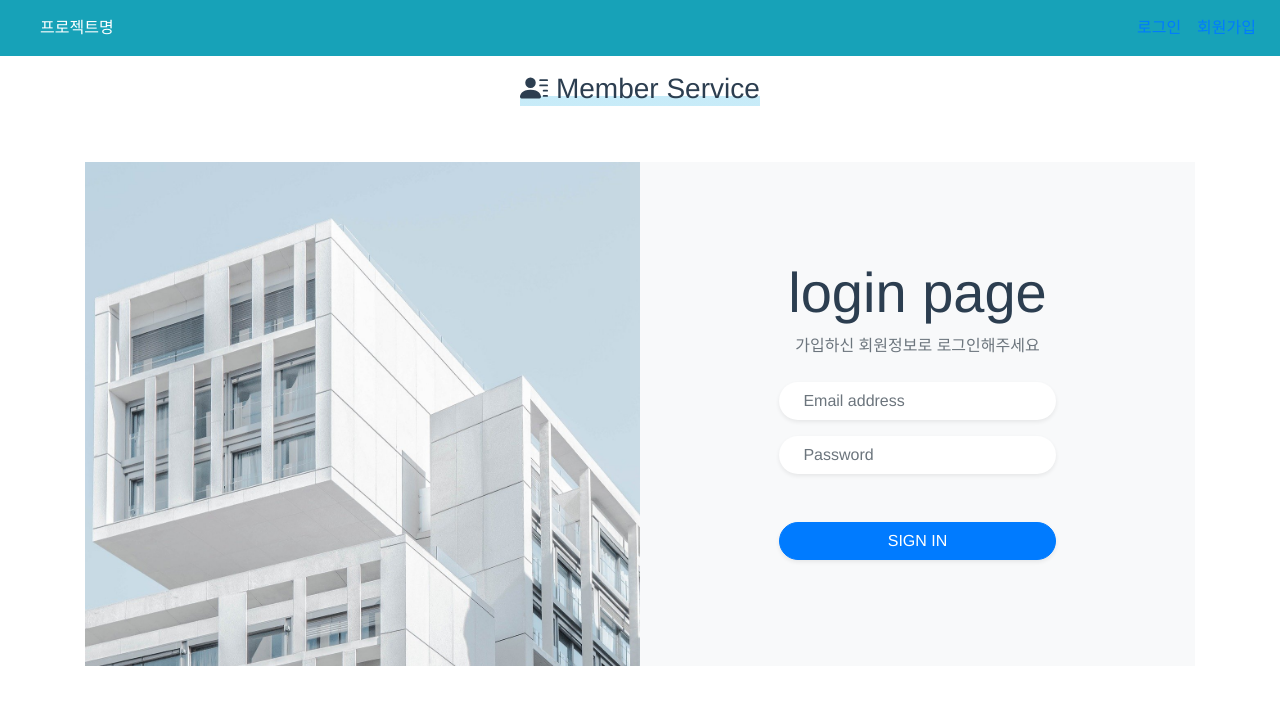
Repository: cheery72/Project_Real_estate
Page: /user/singin (app in frontend/)
An editor plug-in stored every save of this project. The page is shown before and after the next save, followed by the edit.
The browser window is 1280 px wide. The pictures show the whole page.
The project was rebuilt for these pictures with package versions that can differ from the ones it lists, and the page was loaded fresh each time. Also part of the build but not shown: frontend/vue.config.js, frontend/src/components/user/child/MemberJoinForm.vue, frontend/src/components/user/MemberJoin.vue, frontend/src/components/user/child/MemberInfoForm.vue, frontend/src/components/user/MemberMyPage.vue, frontend/src/components/user/BookMarkListRow.vue, frontend/src/components/user/MemberMyBookmark.vue. Imported but missing from the stored project, and not drawn on this page: frontend/src/views/Home.vue.

Above is the page before, as saved 2021-11-25 11:16:55.

### frontend/src/main.js
import Vue from "vue";
import App from "./App.vue";
import router from "./router";
import store from "./store";
import { BootstrapVue, IconsPlugin } from "bootstrap-vue";
import memberStore from "@/store/modules/memberStore";
import "bootstrap/dist/css/bootstrap.css";
import "bootstrap-vue/dist/bootstrap-vue.css";

// Make BootstrapVue available throughout your project
Vue.use(BootstrapVue);
// Optionally install the BootstrapVue icon components plugin
Vue.use(IconsPlugin);

Vue.config.productionTip = false;

new Vue({
  router,
  store,
  async beforeCreate() {
    let token = sessionStorage.getItem("access-token");
    if (memberStore.state.userInfo == null && token) {
      await memberStore.dispatch("getUserInfo", token);
    }
  },

  render: (h) => h(App),
}).$mount("#app");

### frontend/src/App.vue
<template>
  <div id="app">
    <nav-bar />
    <router-view />
  </div>
</template>

<script>
import NavBar from "@/components/layout/NavBar.vue"

export default {
  components:{
    NavBar,
  }
}

</script>

<style>
#app {
  font-family: Avenir, Helvetica, Arial, sans-serif;
  -webkit-font-smoothing: antialiased;
  -moz-osx-font-smoothing: grayscale;
  text-align: center;
  color: #2c3e50;
}

#nav {
  padding: 30px;
}

#nav a {
  font-weight: bold;
  color: #2c3e50;
}

#nav a.router-link-exact-active {
  color: #42b983;
}
</style>

### frontend/src/router/index.js
import Vue from "vue";
import VueRouter from "vue-router";
import Home from "../views/Home.vue";

import Member from "@/views/Member.vue";
import MemberJoin from "@/components/user/MemberJoin.vue";
import MemberLogin from "@/components/user/MemberLogin.vue";

import MemberMyPage from "@/components/user/MemberMyPage.vue";
import MemberMyBookmark from "@/components/user/MemberMyBookmark.vue";
import store from "@/store/index.js";

// https://router.vuejs.org/kr/guide/advanced/navigation-guards.html
const onlyAuthUser = async (to, from, next) => {
  //어디로 갈건지, 이전, 다음페이지
  // console.log(store);
  const checkUserInfo = store.getters["memberStore/checkUserInfo"]; //checkUserInfo의 리턴값을 가져와라
  const getUserInfo = store._actions["memberStore/getUserInfo"]; //getUserInfo의 리턴값을 가져와라
  let token = sessionStorage.getItem("access-token");
  if (checkUserInfo == null && token) {
    await getUserInfo(token); //서버에 가서 정상적인 토큰인지 검사해라 .. 여기서 정상적인사람이면 서버가 UserInfo를 준다.
  }
  if (checkUserInfo === null) {
    //서버에 갔다왔는데도 null이면...
    alert("로그인이 필요한 페이지입니다..");
    // next({ name: "SignIn" });
    router.push({ name: "SignIn" });
  } else {
    //정상적인 사람이니까 다음페이지로 갈수 있도록 적용(밑에 beforeEnter붙은 것들)
    console.log("로그인 했다.");
    next();
  }
};


Vue.use(VueRouter);

const routes = [
  {
    path: "/",
    name: "Home",
    component: Home,
  },
  {
    path: "/user",
    name: "Member",
    component: Member,
    children: [
      {
        path: "singin",
        name: "SignIn",
        component: MemberLogin,
      },
      {
        path: "singup",
        name: "SignUp",
        component: MemberJoin,
      },
      {
        path: "mybookmark",
        name: "MyBookmark",
        component: MemberMyBookmark,
      },
      {
        path: "mypage",
        name: "MyPage",
        beforeEnter: onlyAuthUser,
        component: MemberMyPage,
      },
    ],
  },
];

const router = new VueRouter({
  mode: "history",
  base: process.env.BASE_URL,
  routes,
});

export default router;

### frontend/src/store/index.js
import Vue from "vue";
import Vuex from "vuex";
import http from "@/js/http-common.js";
import createPersistedState from "vuex-persistedstate";
import memberStore from "@/store/modules/memberStore.js";

Vue.use(Vuex);

export default new Vuex.Store({
  state: {
    sidos: [{ value: null, text: "선택하세요" }],
    guguns: [{ value: null, text: "선택하세요" }],
    dongs: [{ value: null, text: "선택하세요" }],
    apts: [],
    apt: null,
    positions: [],
    cctvs: [],
    dongName: null,
    subways: [],
    schools: [],
    // bookmark: null,
    // bookmarks: [],
  },
  mutations: {
    // 시도 리스트
    SET_SIDO_LIST(state, sidos) {
      sidos.forEach((sido) => {
        state.sidos.push({ value: sido.sidoCode, text: sido.sidoName });
      });
    },
    CLEAR_SIDO_LIST(state) {
      state.guguns = [{ value: null, text: "선택하세요" }];
    },
    // 구군 리스트
    SET_GUGUN_LIST(state, guguns) {
      guguns.forEach((gugun) => {
        state.guguns.push({ value: gugun.gugunCode, text: gugun.gugunName });
      });
    },
    CLEAR_GUGUN_LIST(state) {
      state.guguns = [{ value: null, text: "선택하세요" }];
    },
    // 동 리스트
    SET_DONG_LIST(state, dongs) {
      dongs.forEach((dong) => {
        state.dongs.push({
          value: [dong.dongCode, dong.dongName],
          text: dong.dongName,
        });
      });
    },
    CLEAR_DONG_LIST(state) {
      state.dongs = [{ value: null, text: "선택하세요" }];
    },
    // 해당 구,동 아파트 리스트
    SET_APT_LIST(state, apts) {
      state.apts = apts;
      state.dongName = apts[0].dongName;
    },
    CLEAR_APT_LIST(state) {
      state.positions = [];
    },
    // 아파트 선택시 세부사항
    SET_DETAIL_APT(state, apt) {
      state.apt = apt;
    },
    // cctv 정보
    SET_CCTV_LIST(state, cctv) {
      state.cctvs = cctv;
    },
    // 지하철 정보
    SET_SUBWAY_LIST(state, subway) {
      state.subways = subway;
    },
    // 학교 정보
    SET_SCHOOL_LIST(state, school) {
      state.schools = school;
    },
    // SET_DETAIL_BOOKMARK(state, apt) {
    //   state.bookmark = apt;

    // }
  },
  actions: {
    // 셀렉트바 시도 가져오기
    getSido({ commit }) {
      http
        .get(`/apt/sido`)
        .then((response) => {
          commit("SET_SIDO_LIST", response.data);
        })
        .catch((error) => {
          console.log(error);
        });
    },
    getGugun({ commit }, sidoCode) {
      const params = { sido: sidoCode };
      http
        .get(`/apt/gugun`, { params })
        .then((response) => {
          commit("SET_GUGUN_LIST", response.data);
        })
        .catch((error) => {
          console.log(error);
        });
    },
    getDong({ commit }, gugunCode) {
      const params = { gugun: gugunCode };
      http
        .get(`/apt/dongname`, { params })
        .then((response) => {
          commit("SET_DONG_LIST", response.data);
        })
        .catch((error) => {
          console.log(error);
        });
    },
    getAptList({ commit }, dongCode) {
      const params = { dong: dongCode };
      http
        .get(`/apt/aptinfo`, { params })
        .then((response) => {
          commit("SET_APT_LIST", response.data);
        })
        .catch((error) => {
          console.log(error);
        });
    },
    getCctvList({ commit }, dongName) {
      const params = { dong: dongName };
      http
        .get(`/cctv/cctvinfo`, { params })
        .then((response) => {
          commit("SET_CCTV_LIST", response.data);
        })
        .catch((error) => {
          console.log(error);
        });
    },
    getSubwayList({ commit }) {
      http
        .get(`/subway/subwayinfo`)
        .then((response) => {
          commit("SET_SUBWAY_LIST", response.data);
        })
        .catch((error) => {
          console.log(error);
        });
    },
    getSchoolList({ commit }, dongName) {
      const params = { dong: dongName };
      http
        .get(`/school/schoolinfo`, { params })
        .then((response) => {
          commit("SET_SCHOOL_LIST", response.data);
        })
        .catch((error) => {
          console.log(error);
        });
    },
    // detailBookmark({ commit }, apt) {
    //   commit("SET_DETAIL_BOOKMARK", apt)

    // }
  },
  modules: { memberStore },
  plugins: [
    createPersistedState({
      // 브라우저 종료시 제거하기 위해 localStorage가 아닌 sessionStorage로 변경. (default: localStorage)
      storage: sessionStorage,
    }),
  ],
});

### frontend/src/store/modules/memberStore.js
import jwt_decode from "jwt-decode";
import { login } from "@/api/member.js";
import { findById } from "@/api/member";
import http from "@/js/http-common.js";


const memberStore = {
  namespaced: true,
  state: {
    isLogin: false,
    isLoginError: false,
    userInfo: null,
    bookmark: [],
    bookmarks: [],
  },
  getters: {
    checkUserInfo: function (state) {
      return state.userInfo;
    },
  },
  mutations: {
    SET_IS_LOGIN: (state, isLogin) => {
      state.isLogin = isLogin;
    },
    SET_IS_LOGIN_ERROR: (state, isLoginError) => {
      state.isLoginError = isLoginError;
    },
    SET_USER_INFO: (state, userInfo) => {
      state.isLogin = true;
      state.userInfo = userInfo;
    },
    SET_BOOKMARK_LIST(state, apt){
      // 배열에 추가
      state.bookmark.push(apt);
    },
    SET_BOOKMARK_INFO(state, mark){
      // state.bookmarks = mark;
      state.bookmarks.push(mark);
    },
    SET_BOOKMARK_LIST_INFO(state, bookmarklist) {
      state.bookmarks = bookmarklist;
    }
  },
  actions: {
    async userConfirm({ commit }, user) {
      await login(
        user,
        (response) => {
          if (response.data.message === "success") {
            let token = response.data["access-token"];
            commit("SET_IS_LOGIN", true);
            commit("SET_IS_LOGIN_ERROR", false);
            sessionStorage.setItem("access-token", token);

          } else {
            commit("SET_IS_LOGIN", false);
            commit("SET_IS_LOGIN_ERROR", true);
          }
        },
        () => {}
      );
    },
    getUserInfo({ commit }, token) {
      let decode_token = jwt_decode(token);
      findById(
        decode_token.userid,
        (response) => {
          if (response.data.message === "success") {
            commit("SET_USER_INFO", response.data.userInfo);
          } else {
            console.log("유저 정보 없음!!");
          }
        },
        (error) => {
          console.log(error);
        }
      );
    },
    getBookmark({ commit }, mark) {//등록

      let decode_token = jwt_decode(sessionStorage.getItem("access-token"));

      const params = { bookmark: mark.aptCode, accesstoken: decode_token.userid };
      console.log("파라미터출력",params);

      http
      .post(`/bookmark/register`, params)
      .then((response) => {
        console.log("response출력");
        console.log(response.data);
        commit("SET_BOOKMARK_INFO", response.data);
      }).catch((error) => {
        console.log("에러출력");
        console.log(error);
      })
    },

    getBookmarkList({ commit }) {

      let decode_token = jwt_decode(sessionStorage.getItem("access-token"));
      const userid= decode_token.userid;

      http.get(`/bookmark/list/${userid}`).then(({ data }) => {

        console.log("북마크조회 결과", data);
        commit("SET_BOOKMARK_LIST_INFO", data.result);
         });

    }
  },
};

export default memberStore;

### frontend/src/components/layout/NavBar.vue
<template>
  <div>
  <b-navbar toggleable="lg" type="dark" variant="info">
    <b-navbar-brand href="#"></b-navbar-brand>

    <b-navbar-toggle target="nav-collapse"></b-navbar-toggle>

    <b-collapse id="nav-collapse" is-nav>
      <b-navbar-nav>
        <b-nav-item href="#"
            ><router-link :to="{ name: 'Home' }" class="link" style="color: white"
            >프로젝트명</router-link
            ></b-nav-item
          >
      </b-navbar-nav>

      <!-- Right aligned nav items -->
      <b-navbar-nav class="ml-auto" v-if="userInfo">
          <b-nav-item class="align-self-center"
            ><b-avatar
              variant="primary"
              v-text="userInfo ? userInfo.userid.charAt(0).toUpperCase() : ''"
            ></b-avatar
            >{{ userInfo.username }}({{ userInfo.userid }})님
            환영합니다.</b-nav-item
          >
          <b-nav-item class="align-self-center"
            ><router-link
              :to="{ name: 'MyPage' }"
              class="link align-self-center" style="color: white"
              >내정보보기</router-link
            ></b-nav-item
          >
           <b-nav-item href="#" class="link align-self-center"
            ><router-link :to="{ name: 'MyBookmark' }" class="link" style="color: white"
              >내관심지역</router-link
            ></b-nav-item
          >
          <b-nav-item
            class="link align-self-center"
            @click.prevent="onClickLogout"
            >로그아웃</b-nav-item
          >
        </b-navbar-nav>

        <!-- Right aligned nav items -->
        <b-navbar-nav class="ml-auto" v-else>
          <b-nav-item href="#"
            ><router-link :to="{ name: 'SignIn' }" class="link"
              >로그인</router-link
            ></b-nav-item
          >

          <b-nav-item href="#"
            ><router-link :to="{ name: 'SignUp' }" class="link"
              >회원가입</router-link
            ></b-nav-item
          >
        </b-navbar-nav>
    </b-collapse>
  </b-navbar>
</div>
</template>

<script>
import { mapState, mapMutations } from "vuex";

const memberStore = "memberStore";

export default {
  name: "NavBar",
  computed: {
    ...mapState(memberStore, ["isLogin", "userInfo"]),
  },
  methods: {
    ...mapMutations(memberStore, ["SET_IS_LOGIN", "SET_USER_INFO"]),
    onClickLogout() {
      this.SET_IS_LOGIN(false);
      this.SET_USER_INFO(null);
      sessionStorage.removeItem("access-token");
      if (this.$route.path != "/") this.$router.push({ name: "Home" });
    },
  },
};
</script>

<style>
a {
  color:azure;
}
</style>

### frontend/src/views/Member.vue
<template>
  <b-container class="bv-example-row mt-3 text-center">
    <h3 class="underline-steelblue">
      <b-icon icon="person-lines-fill"></b-icon> Member Service
    </h3>
    <router-view></router-view>
  </b-container>
</template>

<script>
export default {
  name: "Member",
};
</script>

<style scoped>
.underline-steelblue {
  display: inline-block;
  background: linear-gradient(
    180deg,
    rgba(255, 255, 255, 0) 70%,
    rgba(72, 190, 233, 0.3) 30%
  );
}
</style>

### frontend/src/components/user/MemberLogin.vue
<template>

 <div class="container-fluid">
   <br>
   <br>
    <div class="row no-gutter">
        <!-- The image half -->
        <div class="col-md-6 d-none d-md-flex bg-image"></div>


        <!-- The content half -->
        <div class="col-md-6 bg-light">
            <div class="login d-flex align-items-center py-5">

                <!-- Demo content-->
                <div class="container">
                    <div class="row">
                        <div class="col-lg-10 col-xl-7 mx-auto">
                            <h2 class="display-4">login page</h2>
                            <p class="text-muted mb-4">가입하신 회원정보로 로그인해주세요</p>
                            <form>

                              <b-alert show variant="danger" v-if="isLoginError"
              >아이디 또는 비밀번호를 확인하세요.</b-alert>
                                <div class="form-group mb-3">
                                    <input id="inputEmail" type="email" placeholder="Email address" required="" autofocus="" class="form-control rounded-pill border-0 shadow-sm px-4">
                                </div>
                                <div class="form-group mb-3">
                                    <input id="inputPassword" type="password" placeholder="Password" required="" class="form-control rounded-pill border-0 shadow-sm px-4 text-primary">
                                </div>
                                <div class="custom-control custom-checkbox mb-2">
                                    <input id="customCheck1" type="checkbox" checked class="custom-control-input">
                                    <!-- <label for="customCheck1" class="custom-control-label">Remember password</label> -->
                                </div>
                                <button type="submit" class="btn btn-primary btn-block text-uppercase mb-2 rounded-pill shadow-sm">Sign in</button>

                            </form>
                        </div>
                    </div>
                </div><!-- End -->

            </div>
        </div><!-- End -->

    </div>
</div>
</template>
<style>
.login,
.image {
  min-height: 70vh;
}

.bg-image {
  /* //background-image: url('https://therichpost.com/wp-content/uploads/2021/02/login-split.jpg'); */
  background-image: url("../../assets/apartment.jpg");
  background-size: cover;
  background-position: center center;
}
</style>



<script>
import { mapState, mapActions } from "vuex";

const memberStore = "memberStore";

export default {
  name: "MemberLogin",
  data() {
    return {
      user: {
        userid: null,
        userpwd: null,
      },
    };
  },
  computed: {
    ...mapState(memberStore, ["isLogin", "isLoginError"]),
  },
  methods: {
    ...mapActions(memberStore, ["userConfirm", "getUserInfo"]),
    async confirm() {
      await this.userConfirm(this.user);
      let token = sessionStorage.getItem("access-token");
      if (this.isLogin) {
        await this.getUserInfo(token);
        this.$router.push({ name: "Home" });
      }
    },
    movePage() {
      this.$router.push({ name: "SignUp" });
    },
  },
};
</script>

<style></style>

### frontend/src/api/member.js
import { apiInstance } from "./index.js";

const api = apiInstance();

async function login(user, success, fail) {
    await api
        .post(`/user/login`, JSON.stringify(user))
        .then(success)
        .catch(fail);
}

async function findById(userid, success, fail) {
    api.defaults.headers["access-token"] =
        sessionStorage.getItem("access-token");
    await api.get(`/user/info/${userid}`).then(success).catch(fail);
}
//회원가입
async function joinMember(user, success, fail) {
    await api
        .post(`/user/join`, JSON.stringify(user))
        .then(success)
        .catch(fail);
}

//아이디체크
async function checkId(userid, success, fail) {
    await api.get(`/user/idCheck/${userid}`).then(success).catch(fail);
}

//수정
async function modifyInfo(user, success, fail) {
    api.defaults.headers["access-token"] =
        sessionStorage.getItem("access-token");
    await api
        .put(`/user/${user.userId}`, JSON.stringify(user))
        .then(success)
        .catch(fail);
}

//삭제
async function deleteInfo(user, success, fail) {
    api.defaults.headers["access-token"] =
        sessionStorage.getItem("access-token");
    await api.delete(`/user/${user.userId}`).then(success).catch(fail);
}

export { login, findById, modifyInfo, deleteInfo, joinMember, checkId };

### frontend/src/api/index.js
import axios from "axios";
import { API_BASE_URL } from "@/config";

// axios 객체 생성
function apiInstance() {
    const instance = axios.create({
        baseURL: API_BASE_URL,
        headers: {
            "Content-type": "application/json",
        },
    });
    return instance;
}

export { apiInstance };

### frontend/src/config/index.js
const API_BASE_URL = "http://localhost:8080";
export { API_BASE_URL };

Loaded but not shown: frontend/public/index.html (common file); frontend/src/js/http-common.js (common file)

After the next save:
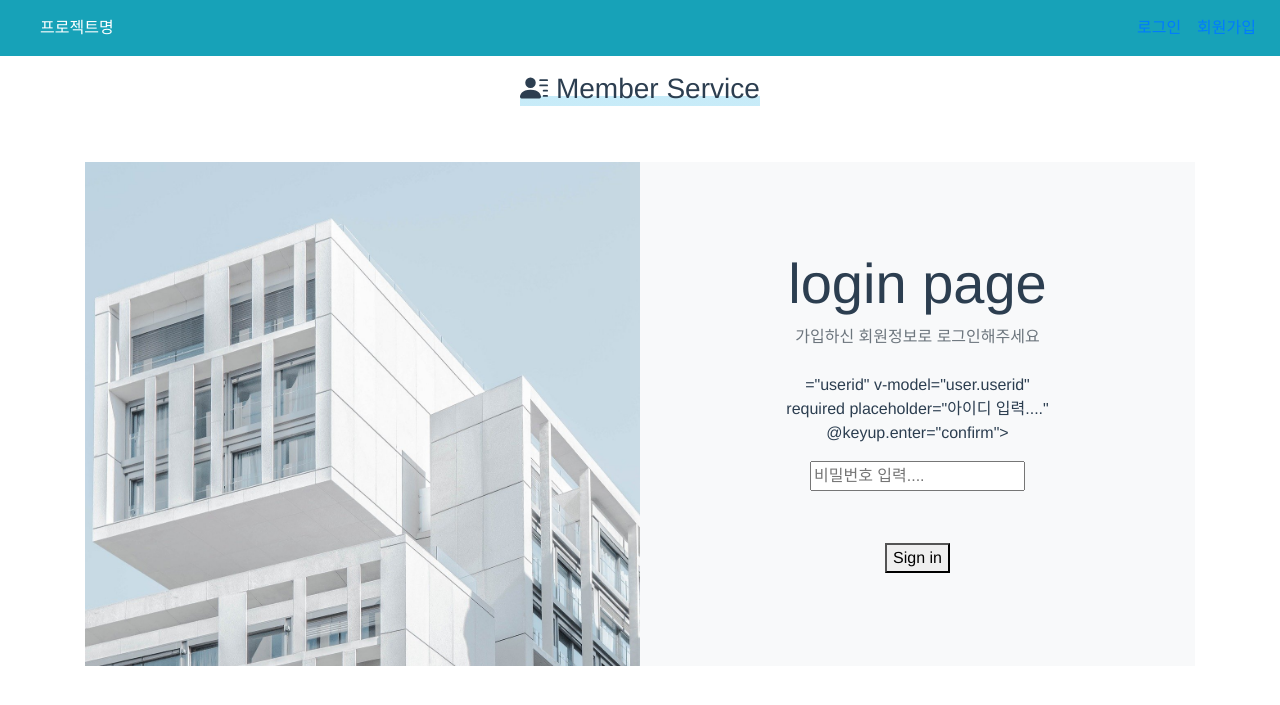
Saved 3 min 15 s later.
--- a/frontend/src/components/user/MemberLogin.vue
+++ b/frontend/src/components/user/MemberLogin.vue
@@ -22,17 +22,29 @@
 
                               <b-alert show variant="danger" v-if="isLoginError"
               >아이디 또는 비밀번호를 확인하세요.</b-alert>
-                                <div class="form-group mb-3">
-                                    <input id="inputEmail" type="email" placeholder="Email address" required="" autofocus="" class="form-control rounded-pill border-0 shadow-sm px-4">
+                                <div class="form-group mb-3" label-for="userid">
+                                    <inputid="userid"
+                v-model="user.userid"
+                required
+                placeholder="아이디 입력...."
+                @keyup.enter="confirm">
                                 </div>
-                                <div class="form-group mb-3">
-                                    <input id="inputPassword" type="password" placeholder="Password" required="" class="form-control rounded-pill border-0 shadow-sm px-4 text-primary">
+                                <div class="form-group mb-3" label="비밀번호:" label-for="userpwd">
+                                    <input type="password"
+                id="userpwd"
+                v-model="user.userpwd"
+                required
+                placeholder="비밀번호 입력...."
+                @keyup.enter="confirm">
                                 </div>
                                 <div class="custom-control custom-checkbox mb-2">
                                     <input id="customCheck1" type="checkbox" checked class="custom-control-input">
                                     <!-- <label for="customCheck1" class="custom-control-label">Remember password</label> -->
                                 </div>
-                                <button type="submit" class="btn btn-primary btn-block text-uppercase mb-2 rounded-pill shadow-sm">Sign in</button>
+                                <button type="button"
+              variant="primary"
+              class="m-1"
+              @click="confirm">Sign in</button>
 
                             </form>
                         </div>
